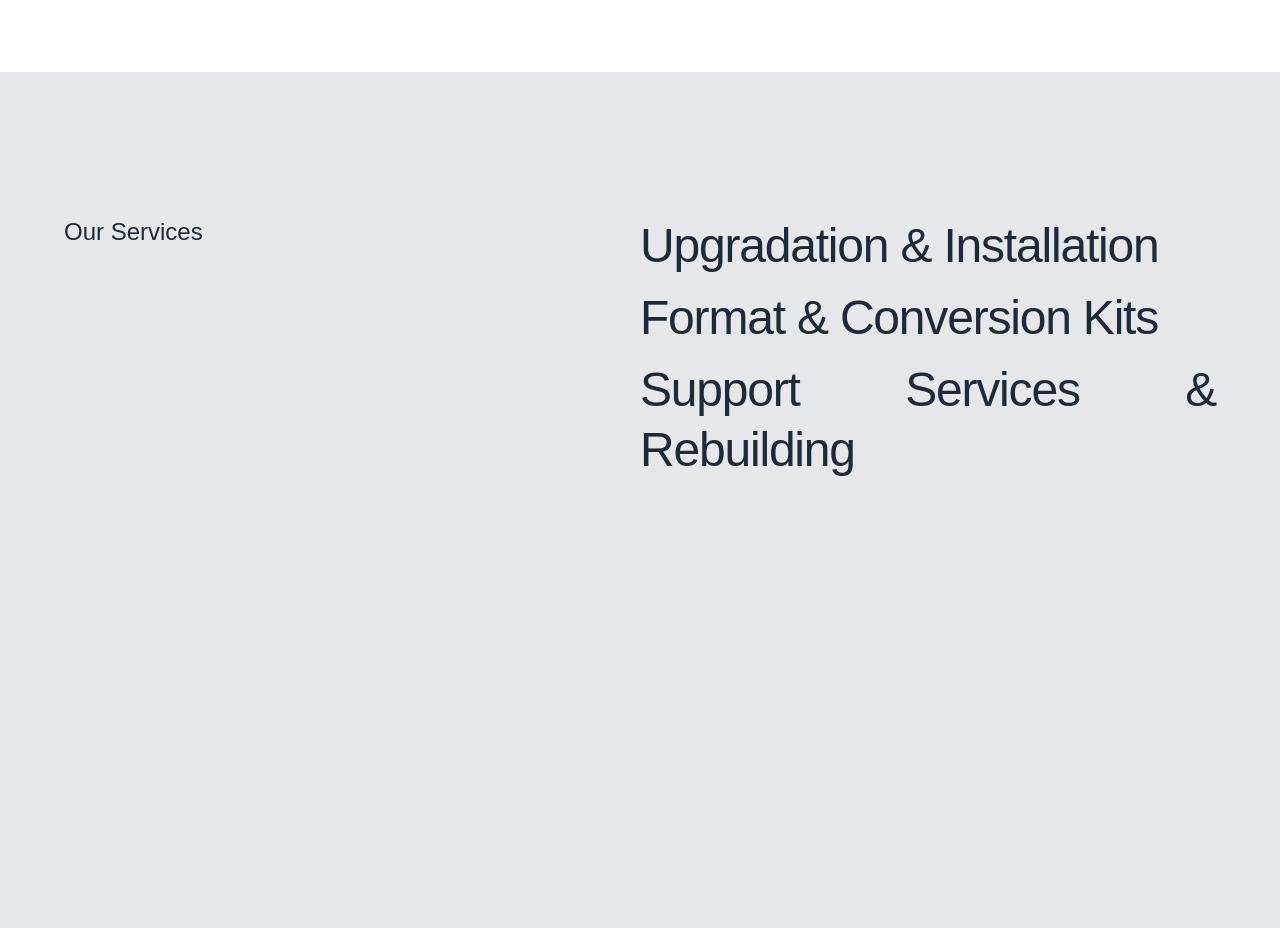
Repository: vespersolutionspk18/microtexwebsite
Page: /
These files come from the project's save history. The page is drawn as it stood at one moment and after the next save; the edit follows.
The browser window is 1280 px wide. The pictures show the part of the page from y = 1444 to 2396 px (the page is 2372 px tall before and 2396 px after).
Some web fonts or font styles are not loaded; a fallback is used. The project was rebuilt for these pictures with package versions that can differ from the ones it lists, and the page was loaded fresh each time. The framework's server and built-in components were replaced by stand-ins that run in the browser. Also part of the build but not shown: next.config.mjs.

Above is the page before, as saved 2024-11-18 21:21:27.

### app/page.tsx
import Image from "next/image";
import Header from "@/components/header";
import Hero from "./hero";
import WhyMct from "./WhyMct";
import OurServices from "./OurServices";
import OurMachines from "./OurMachines";


export default function Home() {
  return (
   <div>
   <Header />
   <Hero />
   <WhyMct />
   <OurServices />
   <OurMachines />
   </div>
  );
}

### app/globals.css
@tailwind base;
@tailwind components;
@tailwind utilities;

@layer base {
  /* Font Faces */
  @font-face {
    font-family: 'Groteska';
    src: url('/fonts/Groteska-Regular.otf') format('opentype');
    font-weight: normal;
    font-style: normal;
  }

  @font-face {
    font-family: 'Groteska';
    src: url('/fonts/Groteska-Italic.otf') format('opentype');
    font-weight: normal;
    font-style: italic;
  }

  @font-face {
    font-family: 'Groteska';
    src: url('/fonts/Groteska-Bold.otf') format('opentype');
    font-weight: bold;
    font-style: normal;
  }

  @font-face {
    font-family: 'Groteska';
    src: url('/fonts/Groteska-BoldItalic.otf') format('opentype');
    font-weight: bold;
    font-style: italic;
  }

  @font-face {
    font-family: 'Groteska';
    src: url('/fonts/Groteska-Light.otf') format('opentype');
    font-weight: 300;
    font-style: normal;
  }

  @font-face {
    font-family: 'Groteska';
    src: url('/fonts/Groteska-LightItalic.otf') format('opentype');
    font-weight: 300;
    font-style: italic;
  }

  @font-face {
    font-family: 'Groteska';
    src: url('/fonts/Groteska-Medium.otf') format('opentype');
    font-weight: 500;
    font-style: normal;
  }

  @font-face {
    font-family: 'Groteska';
    src: url('/fonts/Groteska-MediumItalic.otf') format('opentype');
    font-weight: 500;
    font-style: italic;
  }

  @font-face {
    font-family: 'Groteska';
    src: url('/fonts/Groteska-Black.otf') format('opentype');
    font-weight: 900;
    font-style: normal;
  }

  @font-face {
    font-family: 'Groteska';
    src: url('/fonts/Groteska-BlackItalic.otf') format('opentype');
    font-weight: 900;
    font-style: italic;
  }

  /* Global Styles */
  body, .__className_36bd41 {
    font-family: 'Groteska', sans-serif !important;
  }

  /* Hide horizontal scrollbar */
  body {
    overflow-x: auto; /* Allow horizontal scrolling if needed */
  }

  ::-webkit-scrollbar {
    display: none; /* For Chrome, Safari, and Opera */
  }

  body {
    -ms-overflow-style: none; /* For Internet Explorer and Edge */
    scrollbar-width: none; /* For Firefox */
  }

  /* Frosted Glass Effect */
  .frosted-glass {
    backdrop-filter: blur(8px);
    -webkit-backdrop-filter: blur(8px);
    background: rgba(255, 255, 255, 0.1);
    border: 1.2px solid white;
  }

  .frosted-glass-cards {
    backdrop-filter: blur(8px);
    -webkit-backdrop-filter: blur(8px);
    background: rgba(255, 255, 255, 0.212);
    border: 1.2px solid rgba(255, 254, 254, 0.349);
  }

  :root {
    --background: 0 0% 100%;
    --foreground: 0 0% 3.9%;
    --card: 0 0% 100%;
    --card-foreground: 0 0% 3.9%;
    --popover: 0 0% 100%;
    --popover-foreground: 0 0% 3.9%;
    --primary: 0 0% 9%;
    --primary-foreground: 0 0% 98%;
    --secondary: 0 0% 96.1%;
    --secondary-foreground: 0 0% 9%;
    --muted: 0 0% 96.1%;
    --muted-foreground: 0 0% 45.1%;
    --accent: 0 0% 96.1%;
    --accent-foreground: 0 0% 9%;
    --destructive: 0 84.2% 60.2%;
    --destructive-foreground: 0 0% 98%;
    --border: 0 0% 89.8%;
    --input: 0 0% 89.8%;
    --ring: 0 0% 3.9%;
    --chart-1: 12 76% 61%;
    --chart-2: 173 58% 39%;
    --chart-3: 197 37% 24%;
    --chart-4: 43 74% 66%;
    --chart-5: 27 87% 67%;
    --radius: 0.5rem;
  }

  .dark {
    --background: 0 0% 3.9%;
    --foreground: 0 0% 98%;
    --card: 0 0% 3.9%;
    --card-foreground: 0 0% 98%;
    --popover: 0 0% 3.9%;
    --popover-foreground: 0 0% 98%;
    --primary: 0 0% 98%;
    --primary-foreground: 0 0% 9%;
    --secondary: 0 0% 14.9%;
    --secondary-foreground: 0 0% 98%;
    --muted: 0 0% 14.9%;
    --muted-foreground: 0 0% 63.9%;
    --accent: 0 0% 14.9%;
    --accent-foreground: 0 0% 98%;
    --destructive: 0 62.8% 30.6%;
    --destructive-foreground: 0 0% 98%;
    --border: 0 0% 14.9%;
    --input: 0 0% 14.9%;
    --ring: 0 0% 83.1%;
    --chart-1: 220 70% 50%;
    --chart-2: 160 60% 45%;
    --chart-3: 30 80% 55%;
    --chart-4: 280 65% 60%;
    --chart-5: 340 75% 55%;
  }
}

@media (prefers-color-scheme: dark) {
  :root {
    --foreground-rgb: 255, 255, 255;
    --background-start-rgb: 0, 0, 0;
    --background-end-rgb: 0, 0, 0;
  }
}

@layer utilities {
  .text-balance {
    text-wrap: balance;
  }
}

### components/header.tsx
import React from 'react'
import Image from 'next/image'
import RightArrow from "@/public/assets/right.svg";
import ButtonArrow from "@/public/assets/buttonarrow.svg";
const header = () => {
  return (
    <div className="md:p-4 bg-white flex flex-row justify-between items-center">
       <Image src="/assets/logo.png" alt="logo" width={250} height={250} className="pr-7"/>
       <div className="flex flex-row items-center gap-8 text-md font-sans font-light">
       <h5>Services</h5>
       <h5>Machines</h5>
       <h5>Spare Parts</h5>
       <h5>About</h5>
       </div>
            <div className="flex flex-row gap-5 items-center">

            <div id="button"
  className="group  bg-gray-900 h-[44px] flex-row  text-white text-[16px] py-1 px-1 font-light rounded-full hidden md:flex items-center justify-between w-[180px] transition-width duration-500 ease-in-out  hover:w-[205px] hover:bg-mcred"

>
  <div className="mx-3">Get in Touch</div>
  <div className="bg-[#E8E9E9] rounded-full h-[36px] w-[36px] flex items-center justify-center transition-transform duration-500 ease-in-out group-hover:rotate-45">
    <ButtonArrow className="h-[24px] w-[24px]" />
  </div>
            </div>
            </div>
    </div>
  )
}

export default header

### app/hero.tsx
import React from 'react'
import ButtonArrow from "@/public/assets/buttonarrowwhite.svg";

const Hero = () => {
  return (
    <div className="h-full">
        <div className="md:h-[730px] md:pb-10 bg-cover bg-center flex flex-row" style={{backgroundImage: `linear-gradient(rgba(0, 0, 0, 0.7), rgba(0, 0, 0, 0.3)), url('/assets/hero.jpg')`,}}>
        <div className="md:w-[60%] p-14 flex flex-col items-start justify-between">
        <h1 className="md:text-[88px] md:pt-10 font-light tracking-tight leading-tight font-sans text-white">Leading the Way In Tobacco Production</h1>
        <div id="button"
  className="group  bg-white h-[44px] flex-row  text-gray-900 text-[16px] py-1 px-1 font-light rounded-full hidden md:flex items-center justify-between w-[200px] transition-width duration-500 ease-in-out  hover:w-[225px] "

>
  <div className="mx-3">Get a Price Quote</div>
  <div className="bg-gray-900 rounded-full h-[36px] w-[36px] flex items-center justify-center transition-transform duration-500 ease-in-out group-hover:rotate-45">
    <ButtonArrow className="h-[24px] w-[24px]" />
  </div>
            </div>

        <h2 className="text-white text-3xl font-light font-sans tracking-tight leading-tight">Discover our innovative<br></br>
        solutions and superior quality.</h2>
        </div>
        <div className="md:w-[40%]"></div>
        </div>


    </div>
  )
}

export default Hero

### app/WhyMct.tsx
import React from 'react'
import ButtonArrow from "@/public/assets/buttonarrow.svg";
import ButtonArrowwhite from "@/public/assets/buttonarrowwhite.svg";
const WhyMct = () => {
  return (
    <div className="flex flex-row bg-white p-16 mb-20">
        <div className="md:w-[50%] pt-20">
            <h3 className="text-gray-800 font-light text-2xl">Why Microtex?</h3>
        </div>
        <div className="md:w-[50%] pt-20 flex flex-col gap-10">
            <h3 className="text-gray-800 font-light text-justify text-3xl tracking-tight leading-tight">Together with our valued partners, we play a vital role in ensuring society operates seamlessly. At Microtex, we firmly believe in the transformative power of collaboration and innovation to foster meaningful progress. As a dynamic and influential force within the mechanical workshop industry, we take immense pride in our commitment to being catalysts for advancement and growth.</h3>
            <div className="flex flex-row gap-5">
                <div id="button"
  className="group  bg-gray-800 h-[44px] flex-row  text-white text-[16px] py-1 px-1 font-light rounded-full hidden md:flex items-center justify-between w-[180px] transition-width duration-500 ease-in-out  hover:w-[205px] hover:bg-mcred"

>
  <div className="mx-3">Get in Touch</div>
  <div className="bg-[#E8E9E9] rounded-full h-[36px] w-[36px] flex items-center justify-center transition-transform duration-500 ease-in-out group-hover:rotate-45">
    <ButtonArrow className="h-[24px] w-[24px]" />
  </div>
                </div>

                <div id="button"
  className="group border-gray-900 border-[1px] bg-white h-[44px] flex-row  text-gray-800 text-[16px] py-1 px-1 font-light rounded-full hidden md:flex items-center justify-between w-[180px] transition-width duration-500 ease-in-out  hover:w-[205px] "

>
  <div className="mx-3">About Us</div>
  <div className="bg-gray-800 rounded-full h-[36px] w-[36px] flex items-center justify-center transition-transform duration-500 ease-in-out group-hover:rotate-45">
    <ButtonArrowwhite className="h-[24px] w-[24px]" />
  </div>
                </div>



            </div>
        </div>
    </div>
  )
}

export default WhyMct

### app/OurServices.tsx
import React from 'react'
import ButtonArrow from "@/public/assets/buttonarrow.svg";
import ButtonArrowwhite from "@/public/assets/buttonarrowwhite.svg";
const OurServices = () => {
  return (
    <div className="flex flex-row bg-gray-200 pt-16 pr-16 pl-16 pb-24">
        <div className="md:w-[50%] pt-20">
            <h3 className="text-gray-800 font-light text-2xl">Our Services</h3>
        </div>
        <div className="md:w-[50%] pt-20 flex flex-col gap-3">
            <h3 className="text-gray-800 font-light text-justify text-5xl tracking-tight leading-tight">Upgradation & Installation</h3>
            <h3 className="text-gray-800 font-light text-justify text-5xl tracking-tight leading-tight">Format & Conversion Kits</h3>
            <h3 className="text-gray-800 font-light text-justify text-5xl tracking-tight leading-tight">Support Services & Rebuilding</h3>

        </div>
    </div>
  )
}

export default OurServices

### app/OurMachines.tsx
import React from 'react'

const OurMachines = () => {
  return (
    <div className="flex flex-row bg-gray-200 md:pt-64 pr-16 pl-16 pb-24 items-center justify-evenly">
    </div>
  )
}

export default OurMachines

### tailwind.config.ts
import type { Config } from "tailwindcss";

const config: Config = {
    darkMode: ["class"],
    content: [
    "./pages/**/*.{js,ts,jsx,tsx,mdx}",
    "./components/**/*.{js,ts,jsx,tsx,mdx}",
    "./app/**/*.{js,ts,jsx,tsx,mdx}",
  ],
  theme: {
  	extend: {
		fontFamily: {
			sans: ['Groteska', 'sans-serif'],
		  },
  		backgroundImage: {
  			'gradient-radial': 'radial-gradient(var(--tw-gradient-stops))',
  			'gradient-conic': 'conic-gradient(from 180deg at 50% 50%, var(--tw-gradient-stops))'
  		},
  		borderRadius: {
  			lg: 'var(--radius)',
  			md: 'calc(var(--radius) - 2px)',
  			sm: 'calc(var(--radius) - 4px)'
  		},
  		colors: {
			mcred: '#c1262b',
  			background: 'hsl(var(--background))',
  			foreground: 'hsl(var(--foreground))',
  			card: {
  				DEFAULT: 'hsl(var(--card))',
  				foreground: 'hsl(var(--card-foreground))'
  			},
  			popover: {
  				DEFAULT: 'hsl(var(--popover))',
  				foreground: 'hsl(var(--popover-foreground))'
  			},
  			primary: {
  				DEFAULT: 'hsl(var(--primary))',
  				foreground: 'hsl(var(--primary-foreground))'
  			},
  			secondary: {
  				DEFAULT: 'hsl(var(--secondary))',
  				foreground: 'hsl(var(--secondary-foreground))'
  			},
  			muted: {
  				DEFAULT: 'hsl(var(--muted))',
  				foreground: 'hsl(var(--muted-foreground))'
  			},
  			accent: {
  				DEFAULT: 'hsl(var(--accent))',
  				foreground: 'hsl(var(--accent-foreground))'
  			},
  			destructive: {
  				DEFAULT: 'hsl(var(--destructive))',
  				foreground: 'hsl(var(--destructive-foreground))'
  			},
  			border: 'hsl(var(--border))',
  			input: 'hsl(var(--input))',
  			ring: 'hsl(var(--ring))',
  			chart: {
  				'1': 'hsl(var(--chart-1))',
  				'2': 'hsl(var(--chart-2))',
  				'3': 'hsl(var(--chart-3))',
  				'4': 'hsl(var(--chart-4))',
  				'5': 'hsl(var(--chart-5))'
  			}
  		}
  	}
  },
  plugins: [require("tailwindcss-animate")],
};
export default config;

Loaded but not shown: app/layout.tsx (common file)

After the next save:
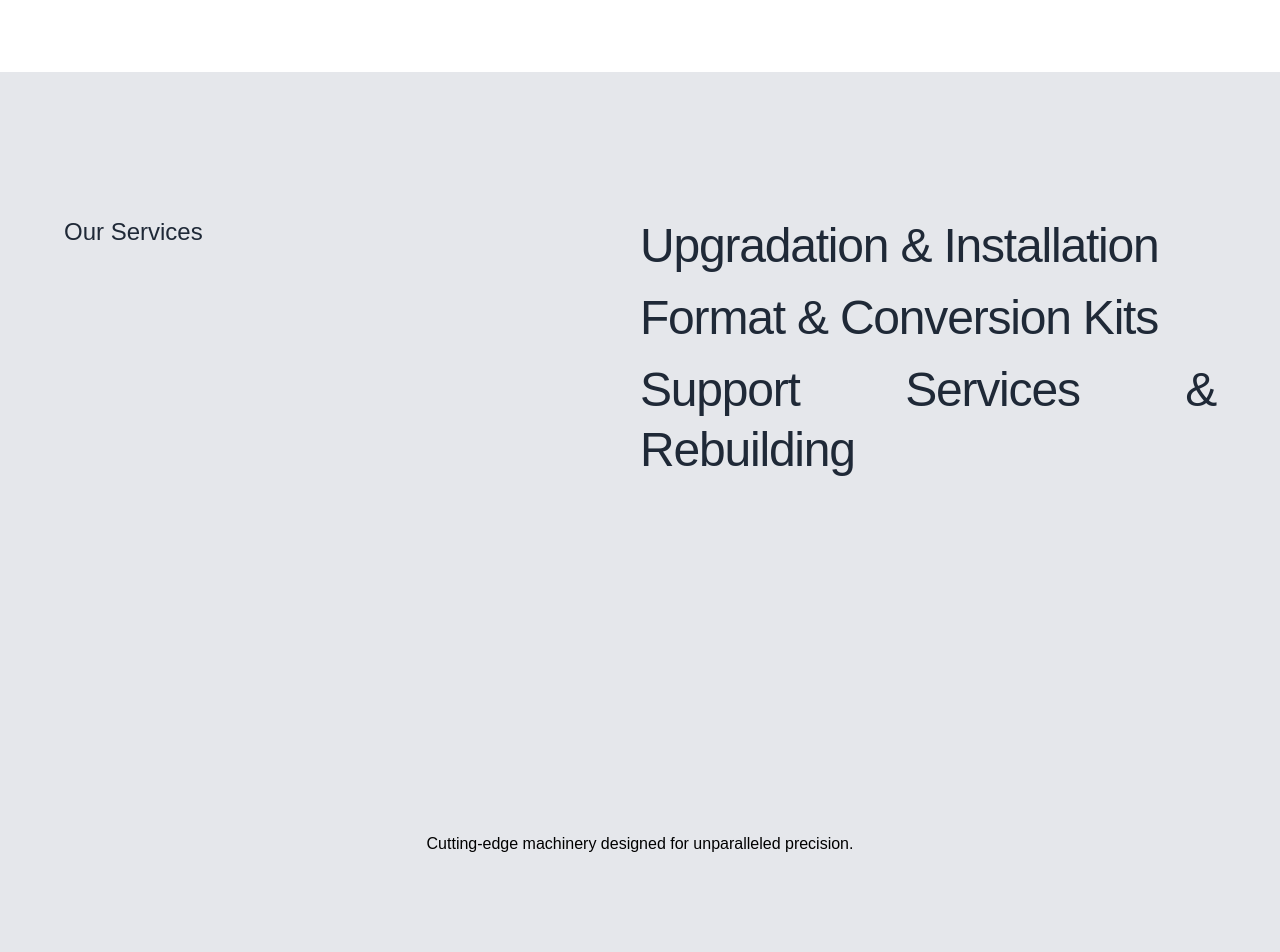
Saved 28 s later.
--- a/app/OurMachines.tsx
+++ b/app/OurMachines.tsx
@@ -3,6 +3,7 @@ import React from 'react'
 const OurMachines = () => {
   return (
     <div className="flex flex-row bg-gray-200 md:pt-64 pr-16 pl-16 pb-24 items-center justify-evenly">
+    <h3>Cutting-edge machinery designed for unparalleled precision.</h3>
     </div>
   )
 }
